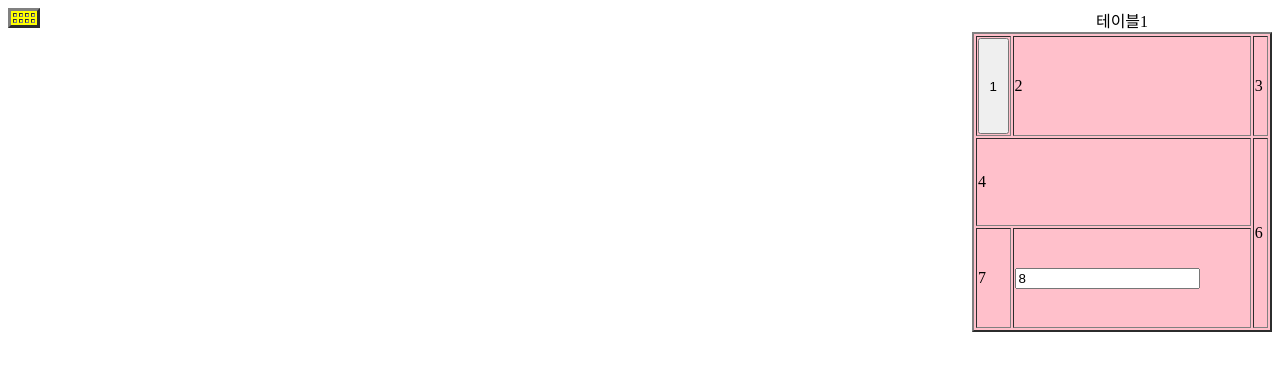
Repository: trapezer84/JSP
Page: http://localhost/AB_WebCalc/listTest1.jsp
The author's editor kept a copy of each file at every save. The page is drawn from the files as they stood at one save, then again after the next save.
The browser window is 1280 px wide. The pictures show the whole page.
The page is served by Tomcat 9. Other server files are loaded and not shown.

Above is the page before, as saved 2016-02-02 11:17:08.

### AB_WebCalc/WebContent/listTest1.jsp
<%@ page language="java" contentType="text/html; charset=UTF-8"
    pageEncoding="UTF-8"%>
<!DOCTYPE html PUBLIC "-//W3C//DTD HTML 4.01 Transitional//EN" "http://www.w3.org/TR/html4/loose.dtd">
<html>
<head>
<meta http-equiv="Content-Type" content="text/html; charset=UTF-8">
<title>테이블 만들기</title>
</head>
<body>
	<table border="2" align="right" bgcolor="pink" summary="처음하는 테이블 입니다."  width=300 height=300>
	<caption>테이블1</caption>
	<tr>
		<td><input type="button" value="1" style="width:100%; height:100%"/></td>
		<td>2</td>
		<td>3</td>
	</tr>

	<tr>
		<td colspan="2">4</td>
		<td rowspan="2">6</td>
	</tr>

	<tr>
		<td>7</td>
		<td><input tpye="text" value="8" /></td>
	</tr>
	</table>

	<table border="3" bgcolor="yellow">
		<tr>
			<td></td>
			<td></td>
			<td></td>
			<td></td>
		</tr>
		<tr>
			<td></td>
			<td></td>
			<td></td>
			<td></td>
		</tr>

	</table>

</body>
</html>

After the next save:
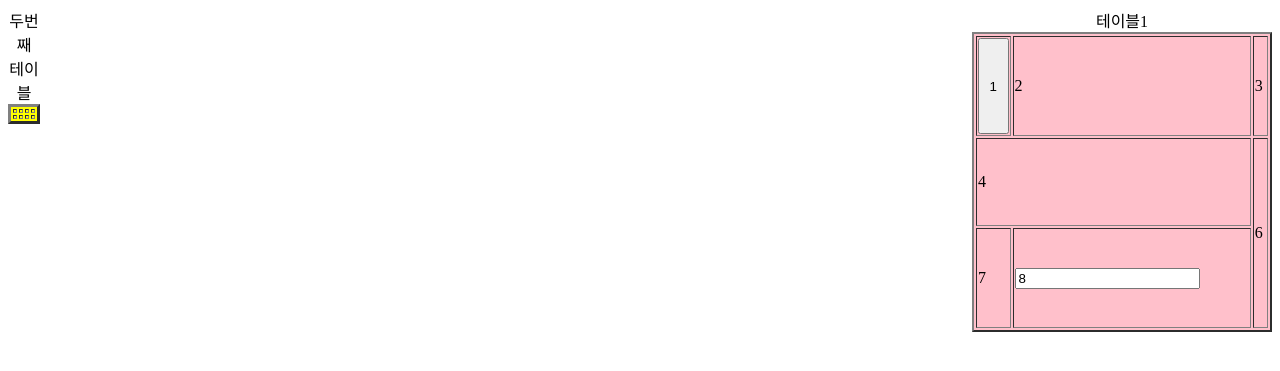
Saved 34 s later.
--- a/AB_WebCalc/WebContent/listTest1.jsp
+++ b/AB_WebCalc/WebContent/listTest1.jsp
@@ -26,7 +26,8 @@
 	</tr>
 	</table>
 
-	<table border="3" bgcolor="yellow">
+	<table border="3" bgcolor="yellow" summary="this is a second table">
+	<caption>두번째 테이블</caption>
 		<tr>
 			<td></td>
 			<td></td>
